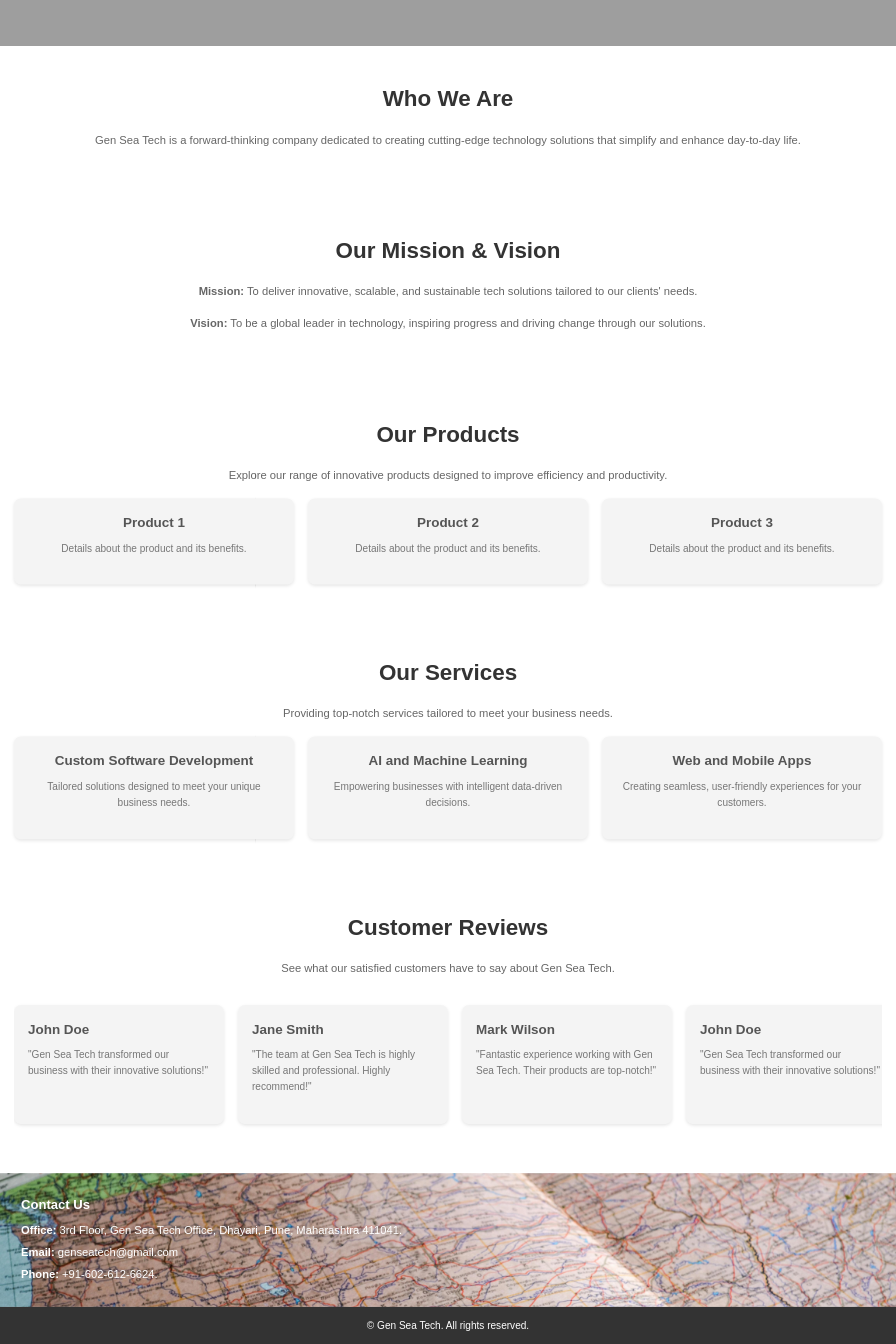
Repository: aniketkhatawkar/Gen_Sea_Tech
Page: http://localhost/GenSeaTech/
An editor plug-in stored every save of this project. The page is shown before and after the next save, followed by the edit.
The browser window is 1280 px wide. The pictures show the part of the page from y = 660 to 2580 px (the page is 2580 px tall), at 70% of full size.
Pictures or frames that could not be fetched are drawn as grey boxes. The page is served by Tomcat 10. Other server files are loaded and not shown.

Above is the page before, as saved 2024-12-16 08:24:01.

### GenSeaTech/src/main/webapp/home.jsp
<!DOCTYPE html>
<html>
<head>
<meta charset="UTF-8">
<meta name="viewport" content="width=device-width, initial-scale=1.0">
<title>Gen Sea Tech</title>
<link rel="icon" href="assets/logo.png" type="image/png" >

<style>
	* {
		margin: 0;
		padding: 0;
		box-sizing: border-box;
		font-family: Arial, sans-serif;
	}

	body {
		line-height: 1.6;
	}

	header p {
        font-size: 1.2rem;
        margin-bottom: 20px;
    }

	.hero {
		height: 90vh;
		background: url('assets/hero-bg.jpg') no-repeat center center/cover;
		color: white;
		display: flex;
		align-items: center;
		justify-content: center;
		text-align: center;
		padding: 20px;
	}

	.hero h1 {
		font-size: 3rem;
	}

	.hero p {
		margin-top: 10px;
		font-size: 1.2rem;
	}

	.section {
		padding: 50px 20px;
		text-align: center;
	}

	.section h2 {
		font-size: 2rem;
		margin-bottom: 20px;
		color: #333;
	}

	.section p {
		margin-bottom: 20px;
		font-size: 1rem;
		color: #666;
	}

	.cards {
		display: grid;
		grid-template-columns: repeat(auto-fit, minmax(300px, 1fr));
		gap: 20px;
		margin-top: 20px;
	}

	.card {
		background: #f4f4f4;
		padding: 20px;
		border-radius: 10px;
		box-shadow: 0 2px 5px rgba(0, 0, 0, 0.1);
	}

	.card h3 {
		margin-bottom: 10px;
		font-size: 1.2rem;
		color: #555;
	}

	.card p {
		font-size: 0.9rem;
		color: #777;
	}

	.contact {
		background: #00bcd4;
		color: #fff;
		padding: 50px 20px;
	}

	.contact h2 {
		margin-bottom: 20px;
	}

	.contact form {
		max-width: 600px;
		margin: 0 auto;
	}

	.contact input, .contact textarea {
		width: 100%;
		padding: 10px;
		margin-bottom: 10px;
		border: none;
		border-radius: 5px;
	}

	.contact button {
		padding: 10px 20px;
		border: none;
		background: #008c9e;
		color: white;
		cursor: pointer;
		border-radius: 5px;
	}

	.contact button:hover {
		background: #006b76;
	}

	.address {
		background:  url("assets/contactus.jpg") no-repeat center center;
	    background-size: cover;
	    object-fit: cover;
		padding: 30px;
		color: #ffffff;
	}

	.address h3 {
		margin-bottom: 10px;
	}

	.address p {
		margin-bottom: 5px;
	}
	.scroll-container {
        display: flex;
        overflow-x: auto;
        margin-left-right: 50px;
        gap: 20px;
        padding: 20px 0;
    }

    .review-card {
        min-width: 300px;
        background: #f4f4f4;
        padding: 20px;
        border-radius: 10px;
        box-shadow: 0 2px 5px rgba(0, 0, 0, 0.1);
        text-align: left;
    }

    .review-card h3 {
        margin-bottom: 10px;
        font-size: 1.2rem;
        color: #555;
    }

    .review-card p {
        font-size: 0.9rem;
        color: #777;
    }

    .scroll-container::-webkit-scrollbar {
        height: 8px;
    }

    .scroll-container::-webkit-scrollbar-thumb {
        background-color: #00bcd4;
        border-radius: 4px;
    }

    .scroll-container::-webkit-scrollbar-track {
        background: #f4f4f4;
    }
</style>
</head>
<body>
	<!-- NavBar -->
	<%@ include file="navbar.jsp" %>

	<!-- Hero Section -->
	<div class="hero">
		<div>
			<h1>Welcome to Gen Sea Tech</h1>
			<p>Innovating for a better tomorrow</p>
		</div>
	</div>

	<!-- Who We Are Section -->
	<div class="section" id="about">
		<h2>Who We Are</h2>
		<p>Gen Sea Tech is a forward-thinking company dedicated to creating cutting-edge technology solutions that simplify and enhance day-to-day life.</p>
	</div>

	<!-- Mission & Vision Section -->
	<div class="section" id="mission-vision">
		<h2>Our Mission & Vision</h2>
		<p><strong>Mission:</strong> To deliver innovative, scalable, and sustainable tech solutions tailored to our clients' needs.</p>
		<p><strong>Vision:</strong> To be a global leader in technology, inspiring progress and driving change through our solutions.</p>
	</div>

	<!-- Products Section -->
	<div class="section" id="products">
		<h2>Our Products</h2>
		<p>Explore our range of innovative products designed to improve efficiency and productivity.</p>
		<div class="cards">
			<div class="card">
				<h3>Product 1</h3>
				<p>Details about the product and its benefits.</p>
			</div>
			<div class="card">
				<h3>Product 2</h3>
				<p>Details about the product and its benefits.</p>
			</div>
			<div class="card">
				<h3>Product 3</h3>
				<p>Details about the product and its benefits.</p>
			</div>
		</div>
	</div>

	<!-- Services Section -->
	<div class="section" id="services">
		<h2>Our Services</h2>
		<p>Providing top-notch services tailored to meet your business needs.</p>
		<div class="cards">
			<div class="card">
				<h3>Custom Software Development</h3>
				<p>Tailored solutions designed to meet your unique business needs.</p>
			</div>
			<div class="card">
				<h3>AI and Machine Learning</h3>
				<p>Empowering businesses with intelligent data-driven decisions.</p>
			</div>
			<div class="card">
				<h3>Web and Mobile Apps</h3>
				<p>Creating seamless, user-friendly experiences for your customers.</p>
			</div>
		</div>
	</div>

	<!-- Testimonials Section -->
	<div class="section" id="testimonials">
	    <h2>Customer Reviews</h2>
	    <p>See what our satisfied customers have to say about Gen Sea Tech.</p>
	    <div class="scroll-container">
	        <div class="review-card">
	            <h3>John Doe</h3>
	            <p>"Gen Sea Tech transformed our business with their innovative solutions!"</p>
	        </div>
	        <div class="review-card">
	            <h3>Jane Smith</h3>
	            <p>"The team at Gen Sea Tech is highly skilled and professional. Highly recommend!"</p>
	        </div>
	        <div class="review-card">
	            <h3>Mark Wilson</h3>
	            <p>"Fantastic experience working with Gen Sea Tech. Their products are top-notch!"</p>
	        </div>
	        <div class="review-card">
	            <h3>John Doe</h3>
	            <p>"Gen Sea Tech transformed our business with their innovative solutions!"</p>
	        </div>
	        <div class="review-card">
	            <h3>Jane Smith</h3>
	            <p>"The team at Gen Sea Tech is highly skilled and professional. Highly recommend!"</p>
	        </div>
	        <div class="review-card">
	            <h3>Mark Wilson</h3>
	            <p>"Fantastic experience working with Gen Sea Tech. Their products are top-notch!"</p>
	        </div>
	        <div class="review-card">
	            <h3>John Doe</h3>
	            <p>"Gen Sea Tech transformed our business with their innovative solutions!"</p>
	        </div>
	        <div class="review-card">
	            <h3>Jane Smith</h3>
	            <p>"The team at Gen Sea Tech is highly skilled and professional. Highly recommend!"</p>
	        </div>
	        <div class="review-card">
	            <h3>Mark Wilson</h3>
	            <p>"Fantastic experience working with Gen Sea Tech. Their products are top-notch!"</p>
	        </div>
	    </div>
	</div>

	<!-- Address Section -->
	<div class="address" id="contact">
		<h3>Contact Us</h3>
		<p><strong>Office:</strong> 3rd Floor, Gen Sea Tech Office, Dhayari, Pune, Maharashtra 411041.</p>
		<p><strong>Email:</strong> genseatech@gmail.com</p>
		<p><strong>Phone:</strong> +91-602-612-6624.</p>
	</div>

	<!-- Footer -->
	<%@ include file="footer.jsp" %>
</body>
</html>

### GenSeaTech/src/main/webapp/navbar.jsp
<%@ page language="java" contentType="text/html; charset=UTF-8"
    pageEncoding="UTF-8"%>
<!DOCTYPE html>
<html>
<head>
<meta charset="UTF-8">
<title>Gen Sea Tech</title>
<link rel="icon" href="assets/logo.png" type="image/png" >
<style>
* {
	margin: 0;
	padding: 0;
	box-sizing: border-box;
	font-family: Arial, sans-serif;
}

body {
	line-height: 1.6;
}
.navbar {
	background-color: #ffffff;
	color: #fff;
	padding: 5px 5px;
	display: flex;
	justify-content: space-between;
	align-items: center;
	position: relative;
}

.navbar a {
	color: #40c4ff;
	text-decoration: none;
	margin: 0 20px;
	font-weight: bold;
}

.navbar a:hover {
	color: #757575;
}

.links {
	display: flex;
}
@media (max-width: 768px) {
	.links {
		display: none;
		flex-direction: column;
		background-color: #333;
		position: absolute;
		top: 50px;
		right: 10px;
		width: 200px;
		border-radius: 5px;
		box-shadow: 0px 4px 6px rgba(0, 0, 0, 0.1);
	}

	.links a {
		margin: 10px 0;
		text-align: center;
	}

	.hamburger {
		display: flex;
	}

	.links.active {
		display: flex;
	}
}
</style>
</head>
<body>
	<div class="navbar">
		<div class="logo">
        <a href="home.jsp"><img src="assets/namelogo.png" alt="Gen Sea Tech Logo" style="height: 60px; margin-right: 10px;"></a>
    	</div>
		<div class="links">
			<a href="home.jsp">Home</a>
			<a href="services.jsp">Services</a>
			<a href="products.jsp">Products</a>
			<a href="connectus.jsp">Connect Us</a>
			<a href="about.jsp">About</a>
			<a href="#support.jsp">Support</a>
		</div>
	</div>
</body>
</html>

### GenSeaTech/src/main/webapp/footer.jsp
<%@ page language="java" contentType="text/html; charset=UTF-8"
    pageEncoding="UTF-8"%>
<!DOCTYPE html>
<html>

<head>

<style>
	footer {
        background-color: #333;
        color: white;
        text-align: center;
        padding: 15px;
        margin-top: 0px;
    }

    footer p {
        font-size: 0.9rem;
    }
</style>

	<meta charset="UTF-8">
	<title>Footer</title>
</head>

<body>
	<footer>
        <p>&copy; Gen Sea Tech. All rights reserved.</p>
    </footer>
</body>

</html>

After the next save:
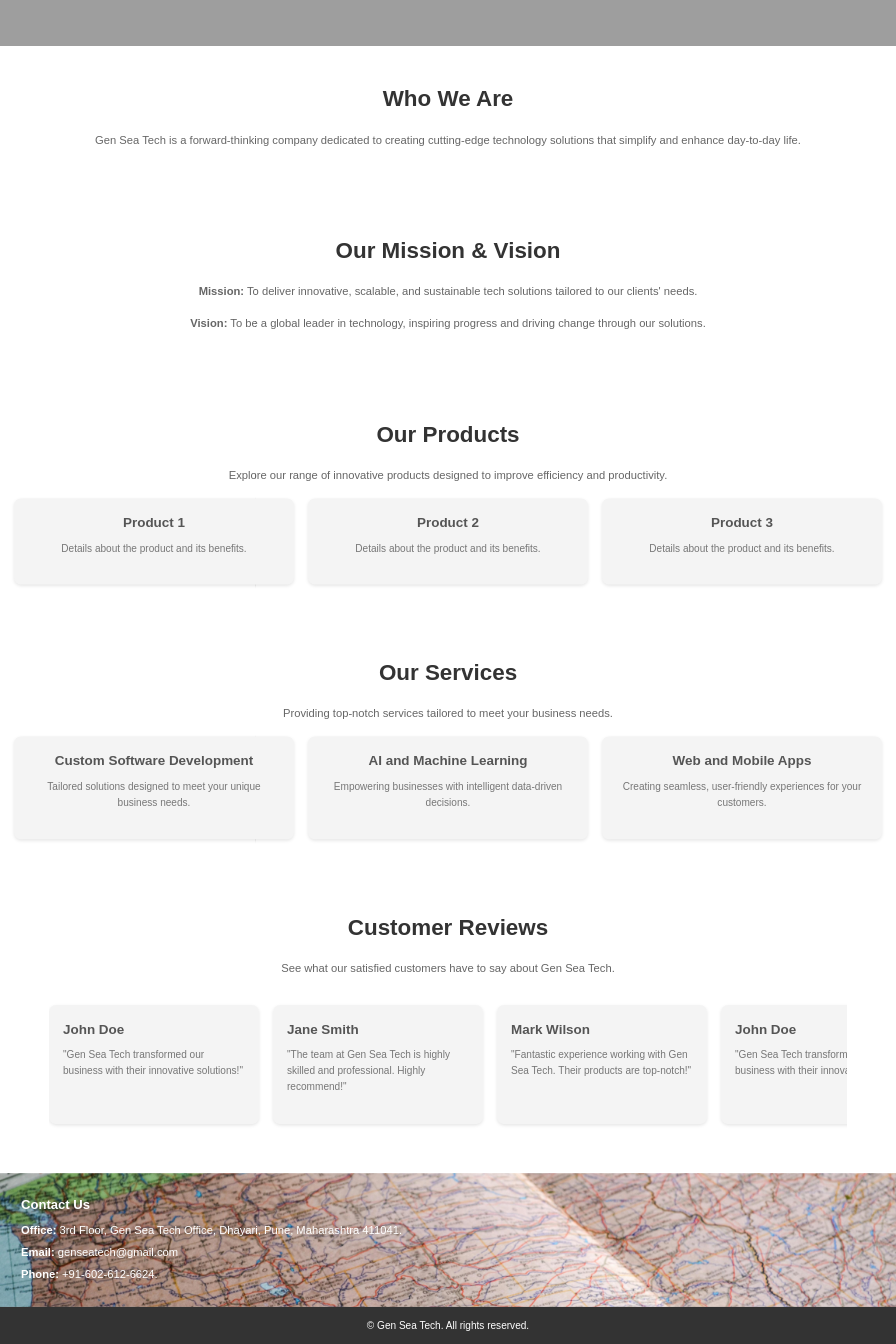
Saved 13 s later.
--- a/GenSeaTech/src/main/webapp/home.jsp
+++ b/GenSeaTech/src/main/webapp/home.jsp
@@ -139,7 +139,8 @@
 	.scroll-container {
         display: flex;
         overflow-x: auto;
-        margin-left-right: 50px;
+        margin-left: 50px;
+        margin-right: 50px;
         gap: 20px;
         padding: 20px 0;
     }
